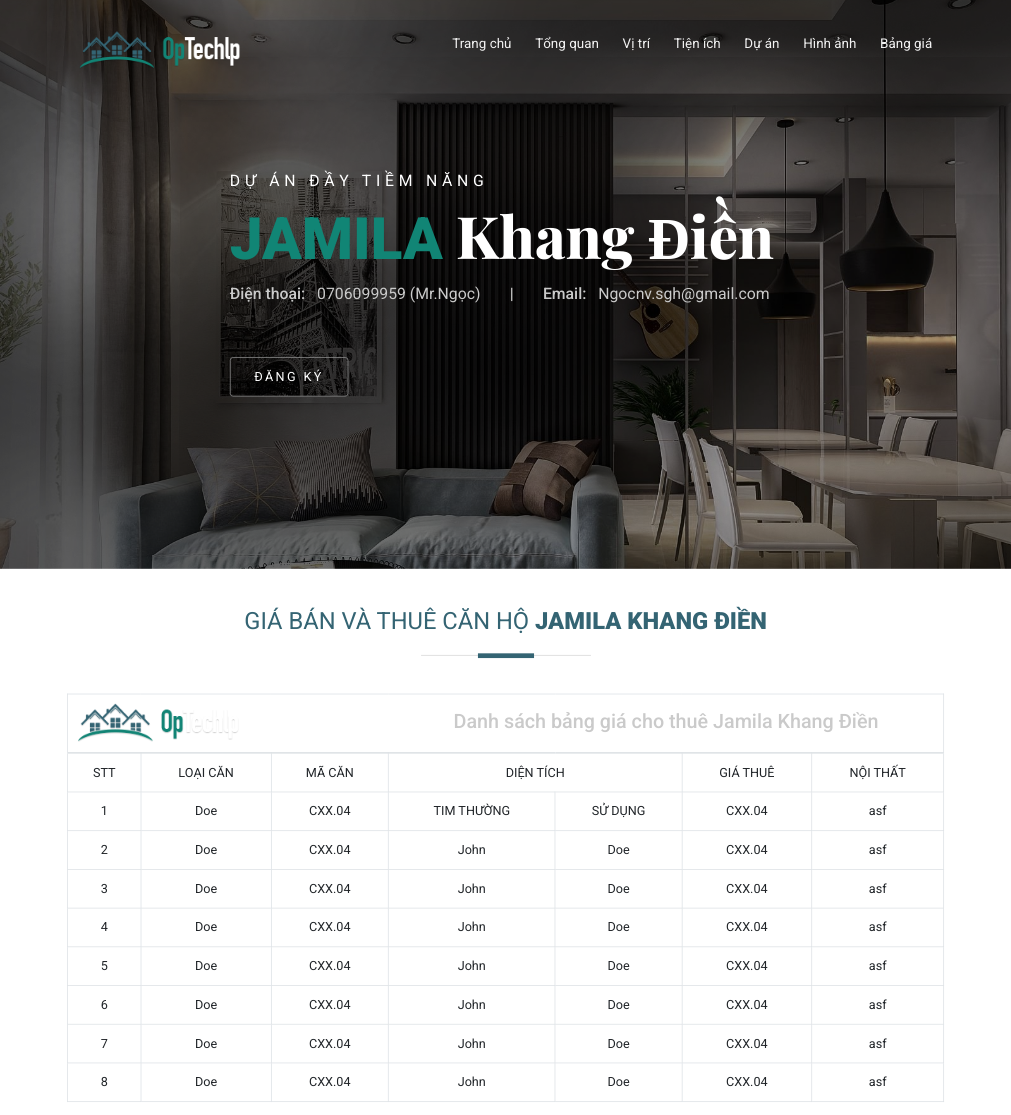
Repository: phunobi1807/Myweb
Page: index.html
An editor plug-in stored every save of this project. The page is shown before and after the next save, followed by the edit.
The browser window is 1280 px wide. The pictures show the whole page, at 79% of full size.
Some web fonts or font styles are not loaded; a fallback is used.

Above is the page before, as saved 2021-05-14 13:54:53.

After the next save:
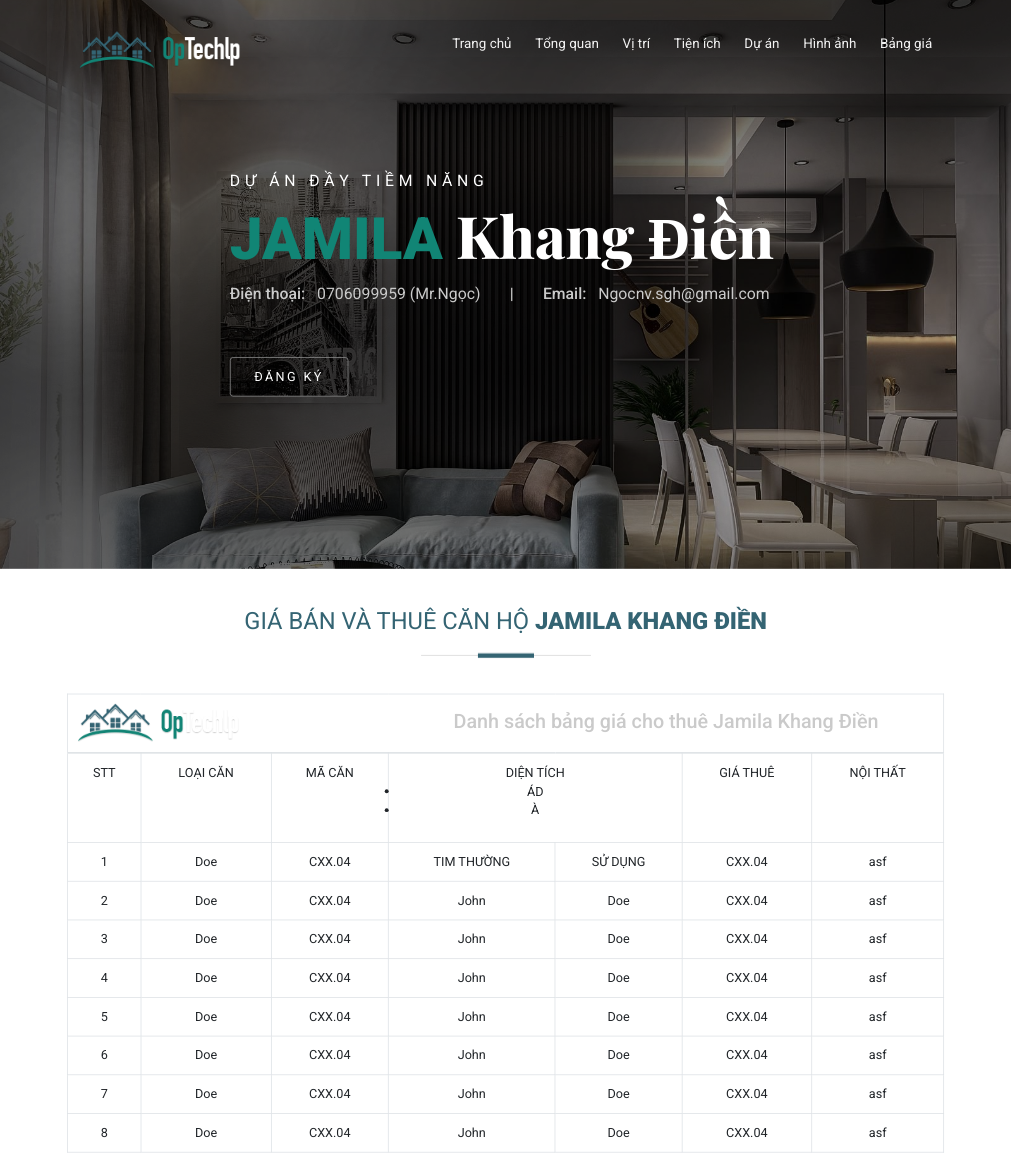
Saved 80 s later.
--- a/index.html
+++ b/index.html
@@ -62,7 +62,12 @@
                             <td>STT</td>
                             <td>loại căn</td>
                             <td>mã căn</td>
-                            <td colspan="2">diện tích</td>
+                            <td colspan="2">diện tích
+                                <ul>
+                                    <li>ád</li>
+                                    <li>à</li>
+                                </ul>
+                            </td>
                             <td>giá thuê</td>
                             <td colspan="2">nội thất</td>
 

After the save that followed:
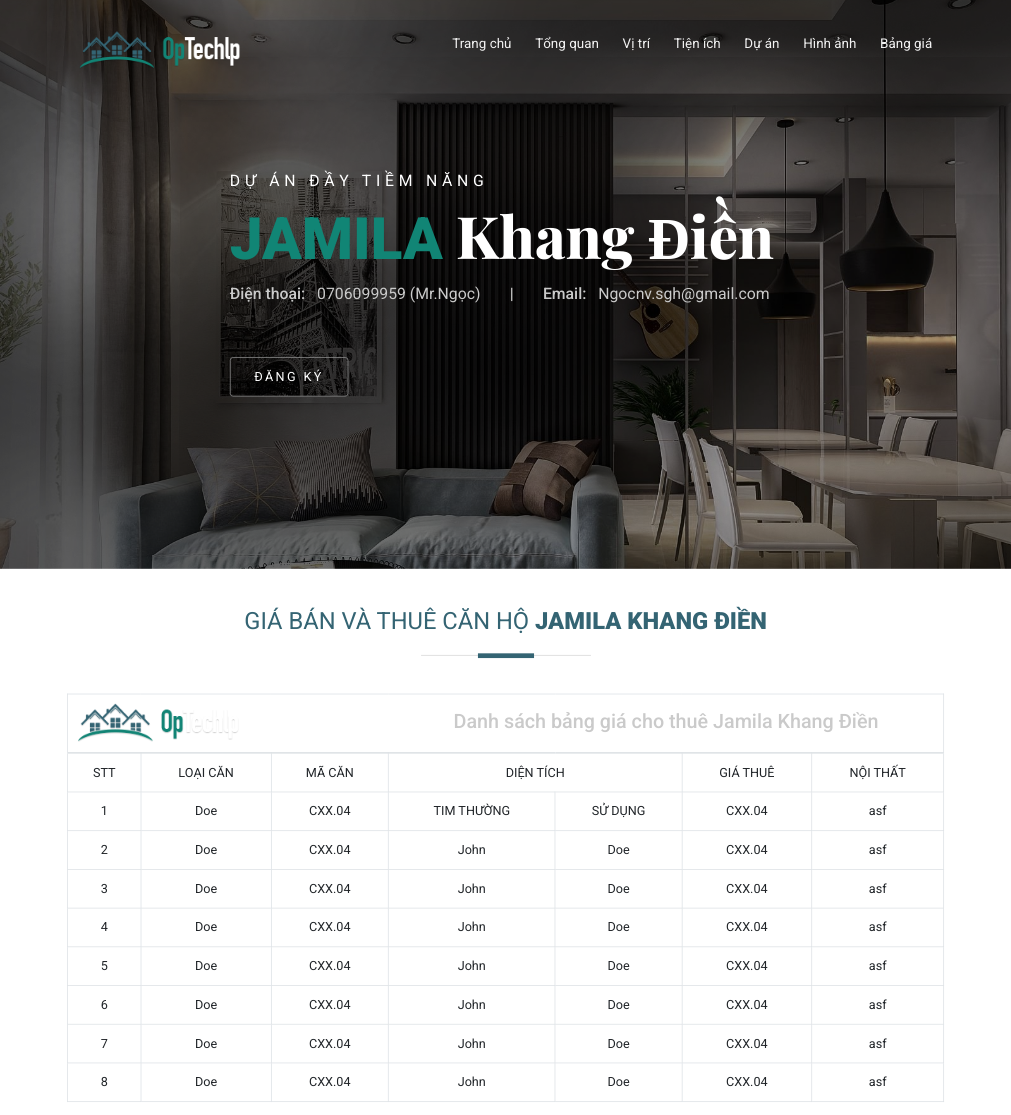
Saved 18 s later.
--- a/index.html
+++ b/index.html
@@ -63,10 +63,6 @@
                             <td>loại căn</td>
                             <td>mã căn</td>
                             <td colspan="2">diện tích
-                                <ul>
-                                    <li>ád</li>
-                                    <li>à</li>
-                                </ul>
                             </td>
                             <td>giá thuê</td>
                             <td colspan="2">nội thất</td>
